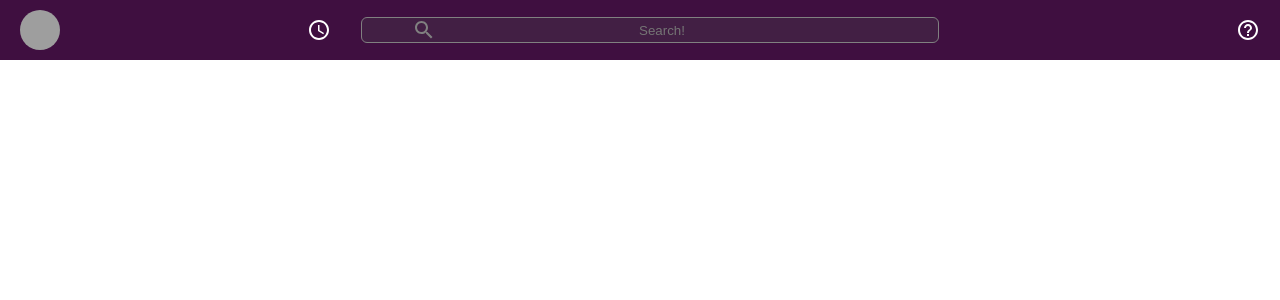
Repository: mminhaz93/React-Slack-Clone
Page: /
An editor plug-in stored every save of this project. The page is shown before and after the next save, followed by the edit.
The browser window is 1280 px wide. The pictures show the whole page.
Pictures or frames that could not be fetched are drawn as grey boxes. The project was rebuilt for these pictures with package versions that can differ from the ones it lists, and the page was loaded fresh each time. Also part of the build but not shown: src/components/Sidebar.css.

Above is the page before, as saved 2020-08-13 20:53:45.

### src/index.css
* {
  margin: 0;
}

body {
  margin: 0;
  font-family: -apple-system, BlinkMacSystemFont, 'Segoe UI', 'Roboto', 'Oxygen',
    'Ubuntu', 'Cantarell', 'Fira Sans', 'Droid Sans', 'Helvetica Neue',
    sans-serif;
  -webkit-font-smoothing: antialiased;
  -moz-osx-font-smoothing: grayscale;
}

code {
  font-family: source-code-pro, Menlo, Monaco, Consolas, 'Courier New',
    monospace;
}

### src/App.js
import React from 'react';
import './App.css';
import Header from "./components/Header"
import Sidebar from "./components/Sidebar"

function App() {
  return (
    <div className="App">
      <Header />
      <div className="appBody">
        <Sidebar />
      </div>
    </div>
  );
}

export default App;

### src/components/Header.js
import React from "react";
import "./Header.css";
import { Avatar } from "@material-ui/core";
import { AccessTime, Search, HelpOutline } from "@material-ui/icons";

const Header = () => {
  return (
    <div className="header">
      <div className="headerLeft">
        <Avatar className="headerAvatar" alt="Safak" src="safak" />
        <AccessTime />
      </div>
      <div className="headerSearch">
        <Search />
        <input placeholder="Search!" />
      </div>
      <div className="headerRight">
        <HelpOutline />
      </div>
    </div>
  );
};

export default Header;

### src/components/Sidebar.js
import React from 'react';
import "./Sidebar.css"

const Sidebar = () => {
    return (
        <div className="sidebar">
            <div className="sidebarHeader"></div>
        </div>
    );
};

export default Sidebar;

### src/components/Header.css
.header {
  display: flex;
  align-items: center;
  justify-content: space-between;
  padding: 10px 0;
  background-color: var(--slack-color);
  color: white;
}

.headerLeft {
  flex: 0.3;
  display: flex;
  align-items: center;
  margin-left: 20px;
}

.headerLeft > .MuiSvgIcon-root {
  margin-left: auto;
  margin-right: 30px;
}

.headerSearch {
  flex: 0.4;
  background-color: #421f44;
  text-align: center;
  display: flex;
  padding: 0 50px;
  color: gray;
  border: 1px solid gray;
  border-radius: 6px;
}

.headerSearch > input {
  background-color: transparent;
  border: none;
  text-align: center;
  min-width: 35vw;
}

.headerRight {
  flex: 0.3;
  display: flex;
  align-items: flex-end;
}

.headerRight > .MuiSvgIcon-root {
    margin-left: auto;
    margin-right: 20px;
  }

Loaded but not shown: public/index.html (common file); src/index.js (common file); src/serviceWorker.js (common file); src/App.css (common file)

After the next save:
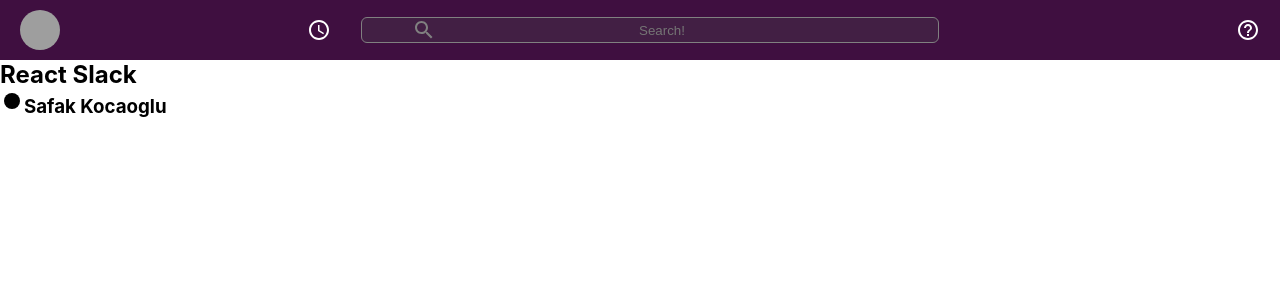
Saved 82 s later.
--- a/src/components/Sidebar.js
+++ b/src/components/Sidebar.js
@@ -1,12 +1,19 @@
-import React from 'react';
-import "./Sidebar.css"
+import React from "react";
+import "./Sidebar.css";
+import { FiberManualRecord } from "@material-ui/icons";
 
 const Sidebar = () => {
-    return (
-        <div className="sidebar">
-            <div className="sidebarHeader"></div>
-        </div>
-    );
+  return (
+    <div className="sidebar">
+      <div className="sidebarHeader">
+        <h2>React Slack</h2>
+        <h3>
+          <FiberManualRecord />
+          Safak Kocaoglu
+        </h3>
+      </div>
+    </div>
+  );
 };
 
 export default Sidebar;
